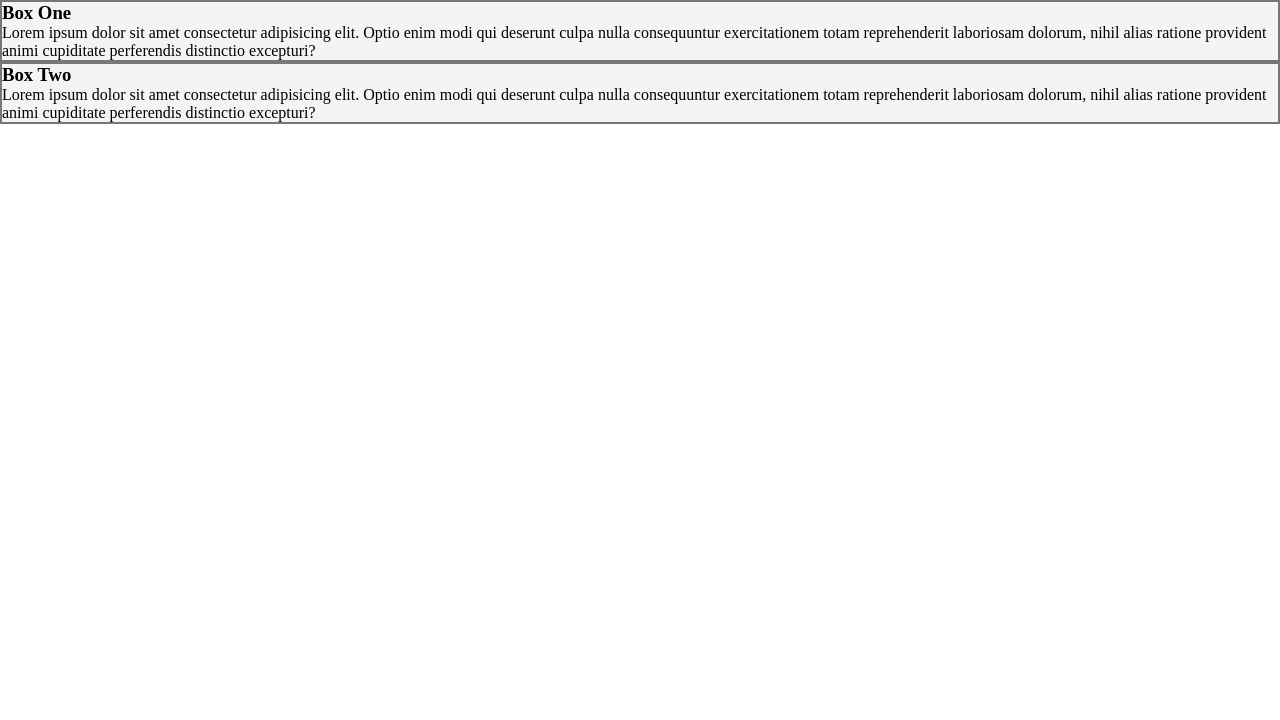
Repository: andiausrust/css-traversy
Page: box_model_margin_padding/index.html
An editor plug-in stored every save of this project. The page is shown before and after the next save, followed by the edit.
The browser window is 1280 px wide. The pictures show the whole page.

Above is the page before, as saved 2020-08-19 20:54:24.

After the next save:
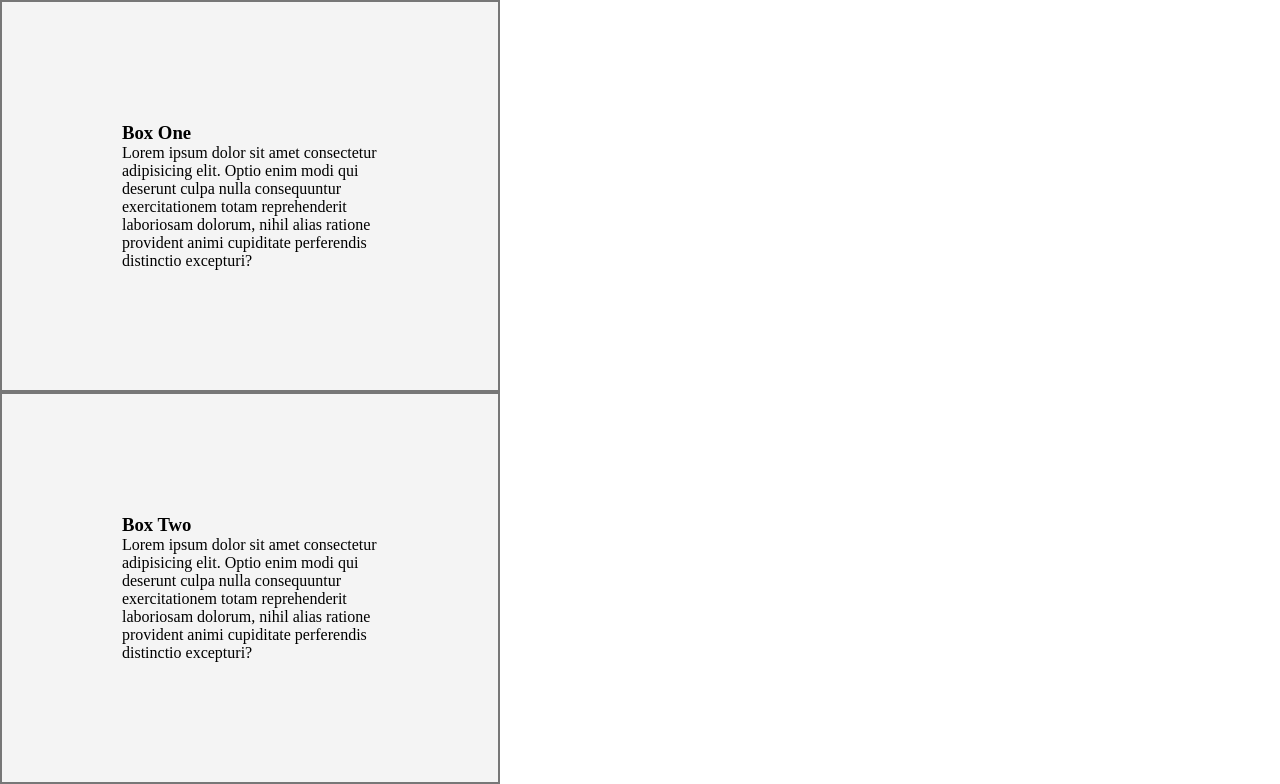
Saved 3 min 31 s later.
--- a/box_model_margin_padding/css/style.css
+++ b/box_model_margin_padding/css/style.css
@@ -1,9 +1,12 @@
 * {
     margin: 0;
     padding: 0;
+    box-sizing: border-box;
 }
 
 .box {
     background: #f4f4f4;
     border: 2px #777 solid;
+    width: 500px;
+    padding: 120px;
 }
